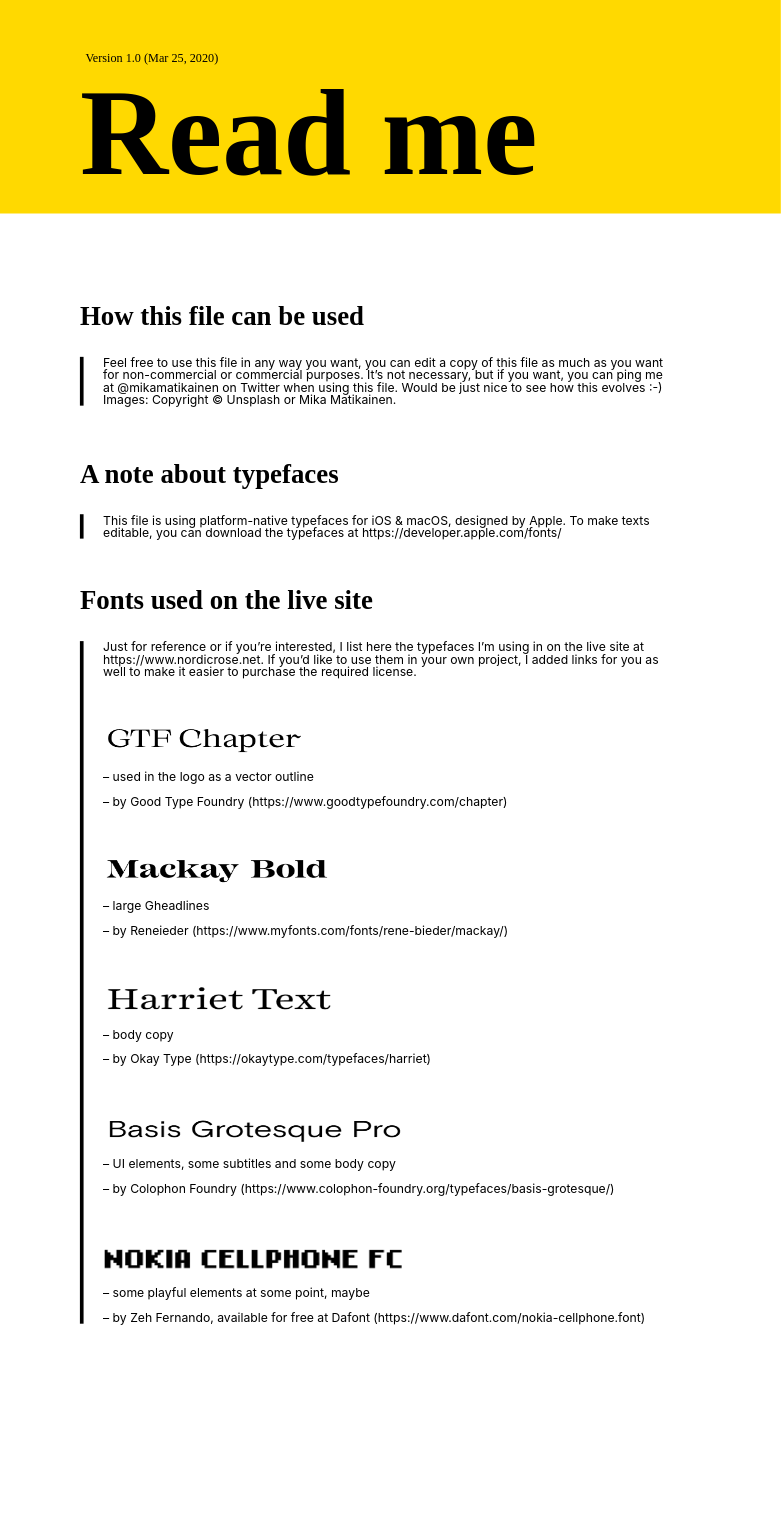
Repository: ThuTrang-jvb/JVB-BT1
Page: readme.html
These files come from the project's save history. The page is drawn as it stood at one moment and after a run of saves; the edit follows.
The browser window is 1280 px wide. The pictures show the whole page, at 61% of full size.

Above is the page before, as saved 2025-06-24 13:34:49.

### readme.html
<!DOCTYPE html>
<html lang="en">
<head>
    <meta charset="UTF-8">
    <meta name="viewport" content="width=device-width, initial-scale=1.0">
    <link rel="stylesheet" href="style.css">
    <title>Read me</title>
</head>
<body>
    <header>
        <p class="vers">Version 1.0 (Mar 25, 2020)</p>
        <h1>Read me</h1>
    </header>
    <div class="main">
        <h3>How this file can be used</h3>
        <div class="border1">
            <p>Feel free to use this file in any way you want, you can edit a copy of this file as much as you want for non-commercial or commercial purposes. It’s not necessary, but if you want, you can ping me at @mikamatikainen on Twitter when using this file. Would be just nice to see how this evolves :-)
    Images: Copyright © Unsplash or Mika Matikainen.</p>

        </div>
        <h3>A note about typefaces</h3>
        <div class="border2">
            <p>This file is using platform-native typefaces for iOS & macOS, designed by Apple. To make texts editable, you can download the typefaces at https://developer.apple.com/fonts/</p>
        </div>
        <h3>Fonts used on the live site</h3>
        <div class="border3">
            <div>
                <p>Just for reference or if you’re interested, I list here the typefaces I’m using in on the live site at https://www.nordicrose.net. If you’d like to use them in your own project, I added links for you as well to make it easier to purchase the required license.</p>
            </div>
            <div>
                <img src="image_readme/gft chapter.png" alt="GFT Chapter" class="type1">
                <p>– used in the logo as a vector outline </p>
                <p>– by Good Type Foundry (https://www.goodtypefoundry.com/chapter)</p>
            </div>
            <div>
                <img src="image_readme/mackay blod.png" alt="Mackay Bold" class="type2">
                <p>– large  Gheadlines </p>
                <p>– by Reneieder (https://www.myfonts.com/fonts/rene-bieder/mackay/)</p>
            </div>
            <div>
                <img src="image_readme/harriet.png" alt="Harriet Text" class="type3">
                <p>– body copy</p>
                <p>– by Okay Type (https://okaytype.com/typefaces/harriet)</p>
            </div>
            <div>
                <img src="image_readme/basis.png" alt="Basic Grotesque Pro" class="type4">
                <p>– UI elements, some subtitles and some body copy </p>
                <p>– by Colophon Foundry (https://www.colophon-foundry.org/typefaces/basis-grotesque/)</p>
            </div>
            <div>
                <img src="image_readme/nokia.png" alt="NOKIA CELLPHONE FC" class="type5">
                <p>– some playful elements at some point, maybe</p>
                <p>– by Zeh Fernando, available for free at Dafont (https://www.dafont.com/nokia-cellphone.font)</p>
            </div>

        </div>
    </div>
</body>
</html>

### Page1/style.css
body {
    margin:0;
    padding: 0;
}
header {
    background: #FFD900;
    padding: 65px 563px 32px 131px;
    box-sizing: border-box;
    height: 350px;
}
h1 {
    font-family: New York Extra Large;
    font-weight: 700;
    font-size: 200px;
    line-height: 100%;
    letter-spacing: 0%;
    margin: 0;
    width: 829px;
    height: auto;

}
.vers {
    font-family: SF Mono;
    font-weight: 400;
    font-size: 20px;
    line-height: 100%;
    letter-spacing: 0%;
    padding-left: 9px;
    margin-bottom: 14px;
}
h3{
    font-family: New York Extra Large;
    font-weight: 700;
    font-size: 44px;
    line-height: 100%;
    letter-spacing: 0%;
}
p {
    font-family: SF Pro Text;
    font-weight: 400;
    font-size: 20px;
    line-height: 100%;
    letter-spacing: 0%;
    max-width: 923px;
    padding-left: 29px;
}
.main {
    padding-left: 131px;
    padding-bottom: 302px;
    padding-top: 103px;
}
.border1, .border2, .border3  {
    border-left: 6px solid black;
    padding-left: 3px;
}
img {
    padding-left: 29px;
}
.border1 {
    margin-top: 26px;
    margin-bottom: 90px;
}
.border2 {
    margin-top: 26px;
    margin-bottom: 80px;
}
.border3 {
    margin-top: 24px;
}
.type1 {
    width: 333.8832702636719px;
    height: 50.220001220703125px;
    padding-top: 58.8px;
}
.type2 {
    width: 382.34869384765625px;
    height: 48.06000518798828px;
    padding-top: 58.8px;
}
.type3 {
    width: 382.34869384765625px;
    height: 48.06000518798828px;
    padding-top: 58.8px;
}
.type4 {
    width: 493.82196044921875px;
    height: 49.57200241088867px;
    padding-top: 58.8px;
}
.type5 {
    width: 493.82196044921875px;
    height: 49.57200241088867px;
    padding-top: 58.8px;
}

After the next 2 saves:
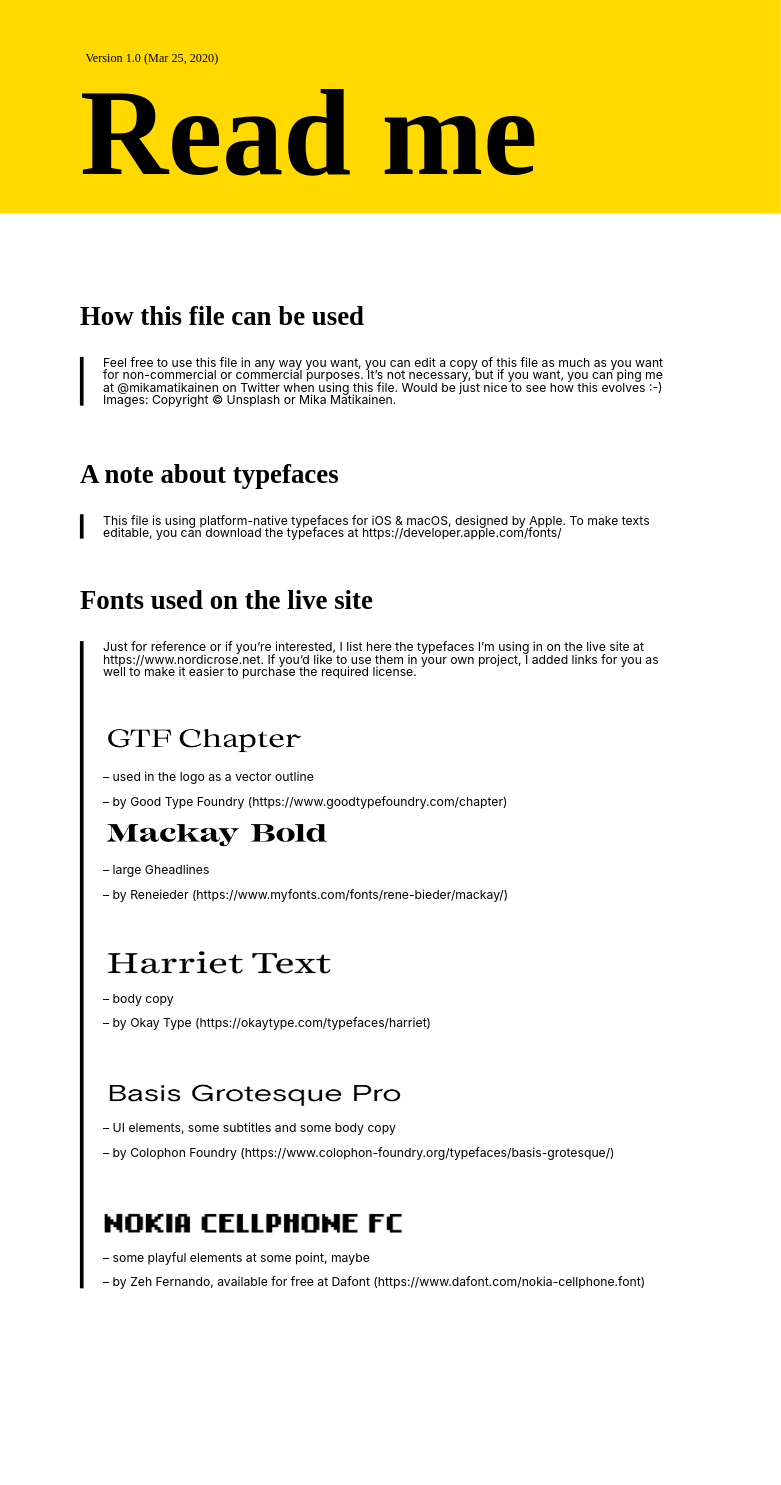
The 2 saves are shown as one change because they came seconds apart.
The last was saved 36 s later.
--- a/Page1/style.css
+++ b/Page1/style.css
@@ -75,7 +75,7 @@ img {
 .type2 {
     width: 382.34869384765625px;
     height: 48.06000518798828px;
-    padding-top: 58.8px;
+    padding-top: 52.px;
 }
 .type3 {
     width: 382.34869384765625px;
